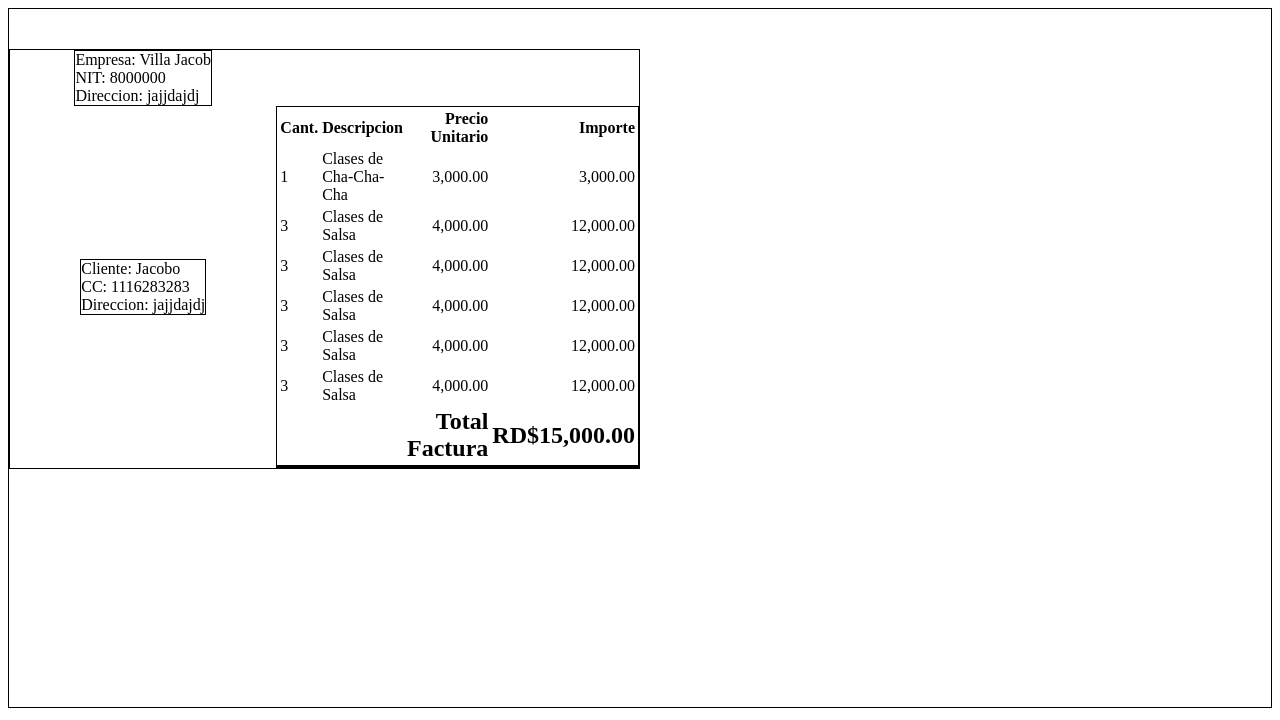
Repository: MrVanQish/FacturaEstructura
Page: index.html
The author's editor kept a copy of each file at every save. The page is drawn from the files as they stood at one save, then again after the next save.
The browser window is 1280 px wide. The pictures show the whole page.

Above is the page before, as saved 2021-09-29 10:27:22.

After the next save:
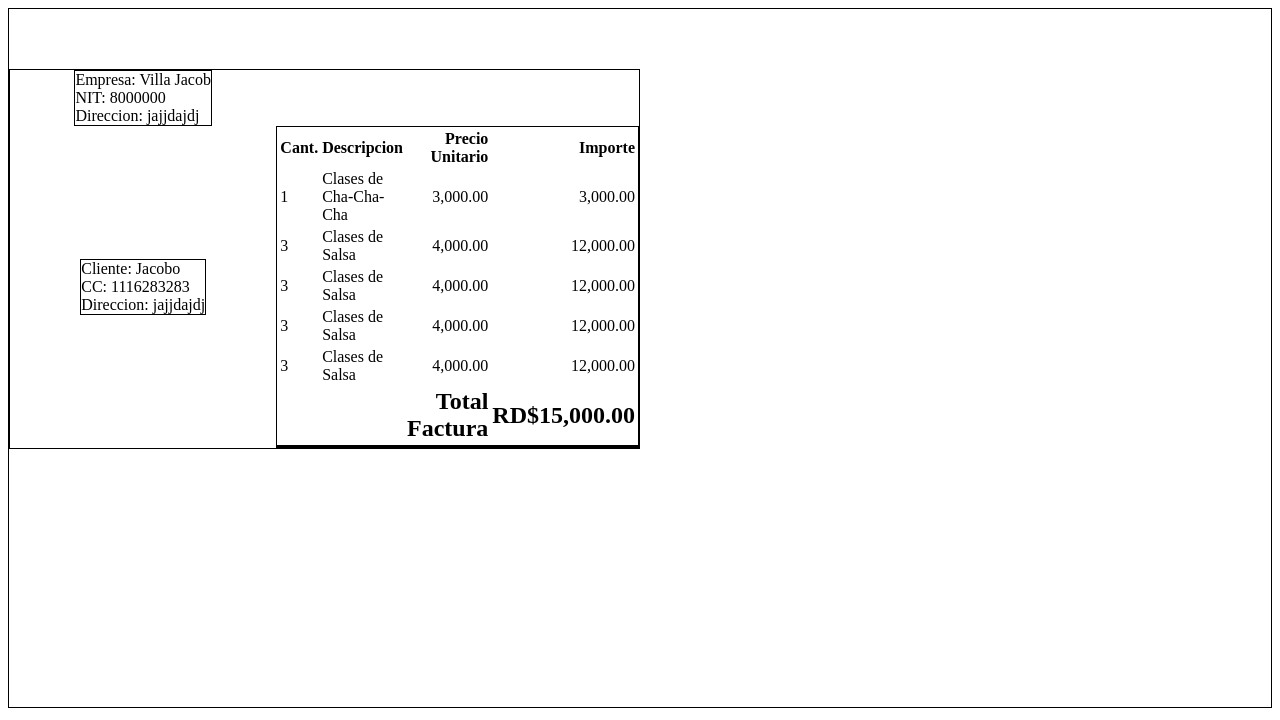
Saved 5 s later.
--- a/index.html
+++ b/index.html
@@ -69,12 +69,6 @@
                                 <td>4,000.00</td>
                                 <td>12,000.00</td>
                               </tr>
-                              <tr>
-                                <td>3</td>
-                                <td>Clases de Salsa</td>
-                                <td>4,000.00</td>
-                                <td>12,000.00</td>
-                              </tr>
                           </tbody>
                           <tfoot>
                             <tr>
